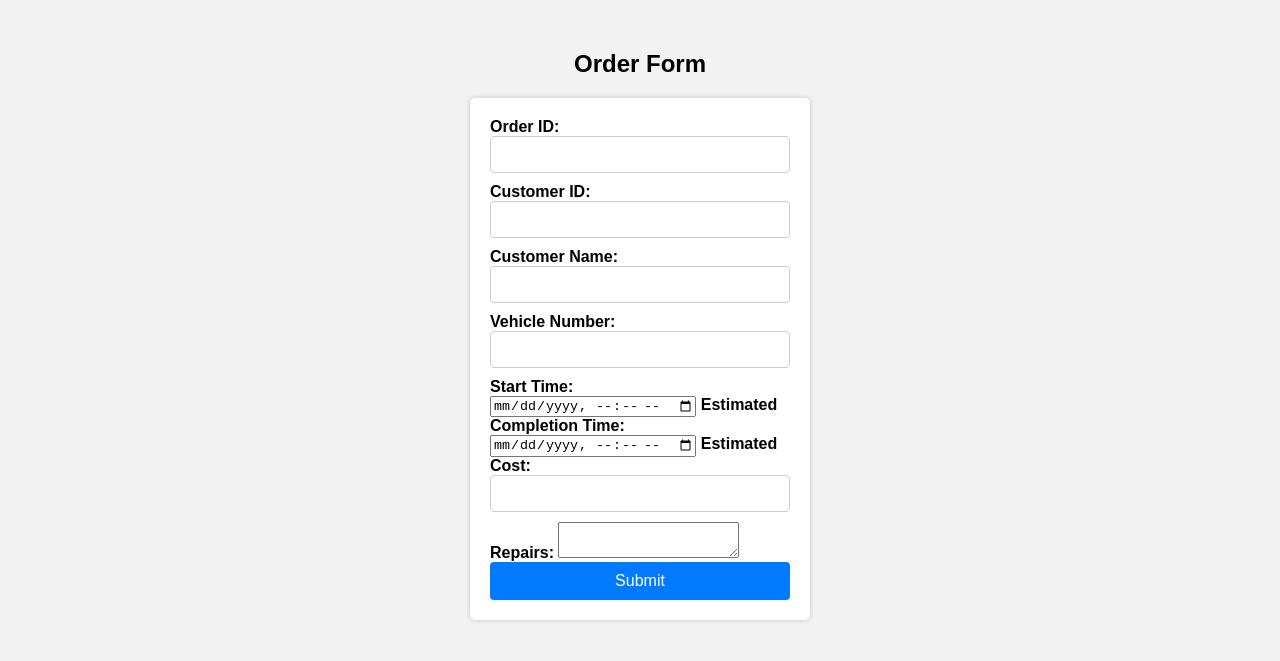
Repository: rohann12/RepairMate
Page: http://localhost/Garage/JSP/order.jsp
The author's editor kept a copy of each file at every save. The page is drawn from the files as they stood at one save, then again after the next save.
The browser window is 1280 px wide. The pictures show the whole page.
The page is served by Tomcat 9. Other server files are loaded and not shown.

Above is the page before, as saved 2023-06-17 13:55:53.

### Garage/src/main/webapp/JSP/order.jsp
<!DOCTYPE html>
<html>
<head>
  <title>Order Form</title>
  <link rel="stylesheet" href="../CSS/order.css"/>
</head>
<body>
  <h2>Order Form</h2>
  <form action="process_order.php" method="post">
    <label for="order_id">Order ID:</label>
    <input type="text" id="order_id" name="order_id" required>

    <label for="customer_id">Customer ID:</label>
    <input type="text" id="customer_id" name="customer_id" required>

    <label for="customer_name">Customer Name:</label>
    <input type="text" id="customer_name" name="customer_name" required>

    <label for="vehicle_no">Vehicle Number:</label>
    <input type="text" id="vehicle_no" name="vehicle_no" required>

    <label for="start_time">Start Time:</label></br>
    <input type="datetime-local" id="start_time" name="start_time" required>

    <label for="estimated_completed">Estimated Completion Time:</label></br>
    <input type="datetime-local" id="estimated_completed" name="estimated_completed" required>

    <label for="estimated_cost">Estimated Cost:</label>
    <input type="number" id="estimated_cost" name="estimated_cost" required>

    <label for="repairs">Repairs:</label>
    <textarea id="repairs" name="repairs" required></textarea>

    <button type="submit">Submit</button>
  </form>
</body>
</html>

### Garage/src/main/webapp/CSS/order.css
body {
  font-family: Arial, sans-serif;
  background-color: #f2f2f2;
}

h2 {
  text-align: center;
  margin-top: 50px;
}

form {
  width: 300px;
  margin: 0 auto;
  padding: 20px;
  background-color: #fff;
  border-radius: 5px;
  box-shadow: 0 0 5px rgba(0, 0, 0, 0.2);
}

label {
  font-weight: bold;
}

input[type="text"],
input[type="password"],
input[type="number"] {
  width: 100%;
  padding: 10px;
  margin-bottom: 10px;
  border: 1px solid #ccc;
  border-radius: 4px;
  box-sizing: border-box;
  font-family: FontAwesome, Arial, sans-serif;
}

.error-message {
  color: red;
}

.backend-error-message {
  color: red;
  text-align: center;
}

button[type="submit"],
button[type="button"] {
  width: 100%;
  padding: 10px;
  background-color: #007bff;
  color: #fff;
  border: none;
  border-radius: 4px;
  cursor: pointer;
  font-size: 16px;
}

button[type="submit"]:hover,
button[type="button"]:hover {
  background-color: #0056b3;
}

hr {
  margin-top: 20px;
  margin-bottom: 10px;
  border: 0;
  border-top: 1px solid #ccc;
}

span {
  display: block;
  text-align: center;
}

span b {
  font-weight: bold;
}

a {
  text-decoration: none;
}

After the next save:
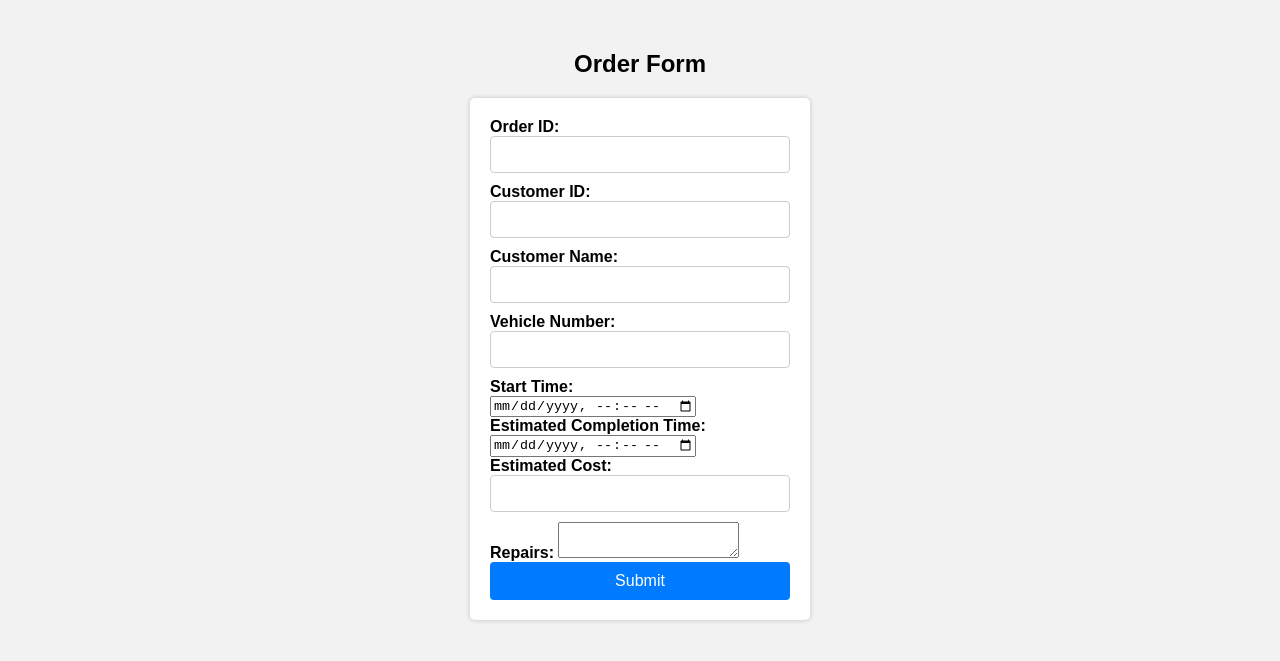
Saved 20 s later.
--- a/Garage/src/main/webapp/JSP/order.jsp
+++ b/Garage/src/main/webapp/JSP/order.jsp
@@ -20,10 +20,10 @@
     <input type="text" id="vehicle_no" name="vehicle_no" required>
 
     <label for="start_time">Start Time:</label></br>
-    <input type="datetime-local" id="start_time" name="start_time" required>
+    <input type="datetime-local" id="start_time" name="start_time" required></br>
 
     <label for="estimated_completed">Estimated Completion Time:</label></br>
-    <input type="datetime-local" id="estimated_completed" name="estimated_completed" required>
+    <input type="datetime-local" id="estimated_completed" name="estimated_completed" required></br>
 
     <label for="estimated_cost">Estimated Cost:</label>
     <input type="number" id="estimated_cost" name="estimated_cost" required>
